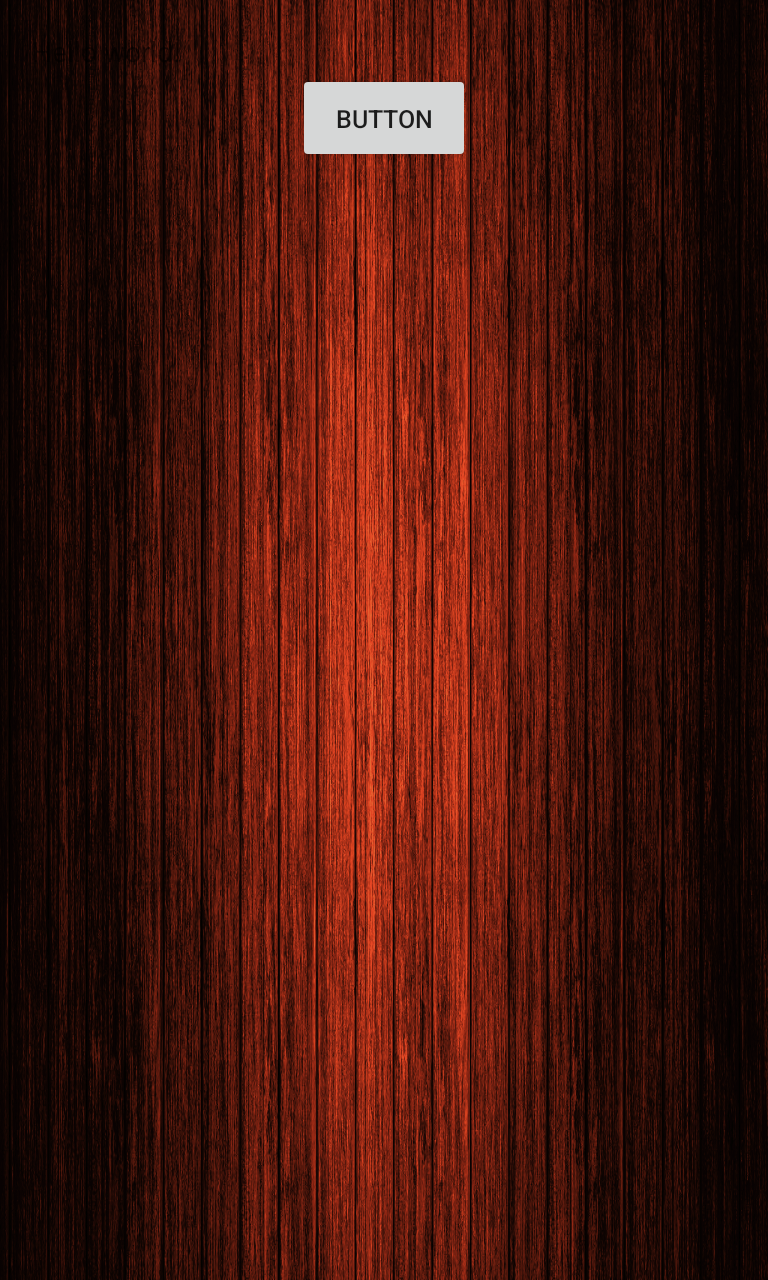
Repository: Hedlundaren/androidmenu
Layout: startmenu/res/layout/activity_main.xml
The author's editor kept a copy of each file at every save. The layout is drawn from the files as they stood at one save, then again after the next save.
It is drawn on a 768 x 1280 px phone screen (xhdpi) without system bars, with theme AppTheme; the app's code is not run.

Above is the layout before, as saved 2014-11-05 17:16:24.

After the next save:
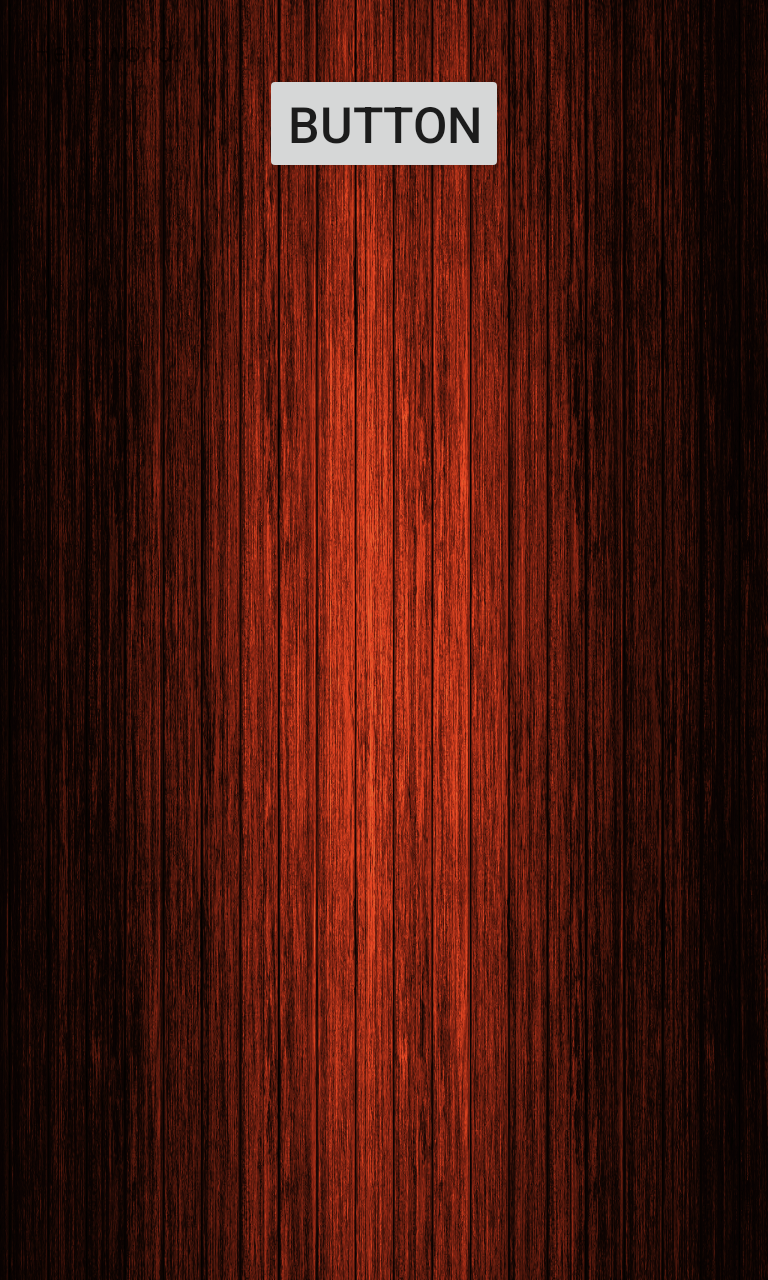
Saved 11 s later.
--- a/startmenu/res/layout/activity_main.xml
+++ b/startmenu/res/layout/activity_main.xml
@@ -22,6 +22,6 @@
         android:layout_below="@+id/textView1"
         android:layout_centerHorizontal="true"
         android:text="Button"
-        android:textSize="25px" />
+        android:textSize="25dp" />
 
 </RelativeLayout>
